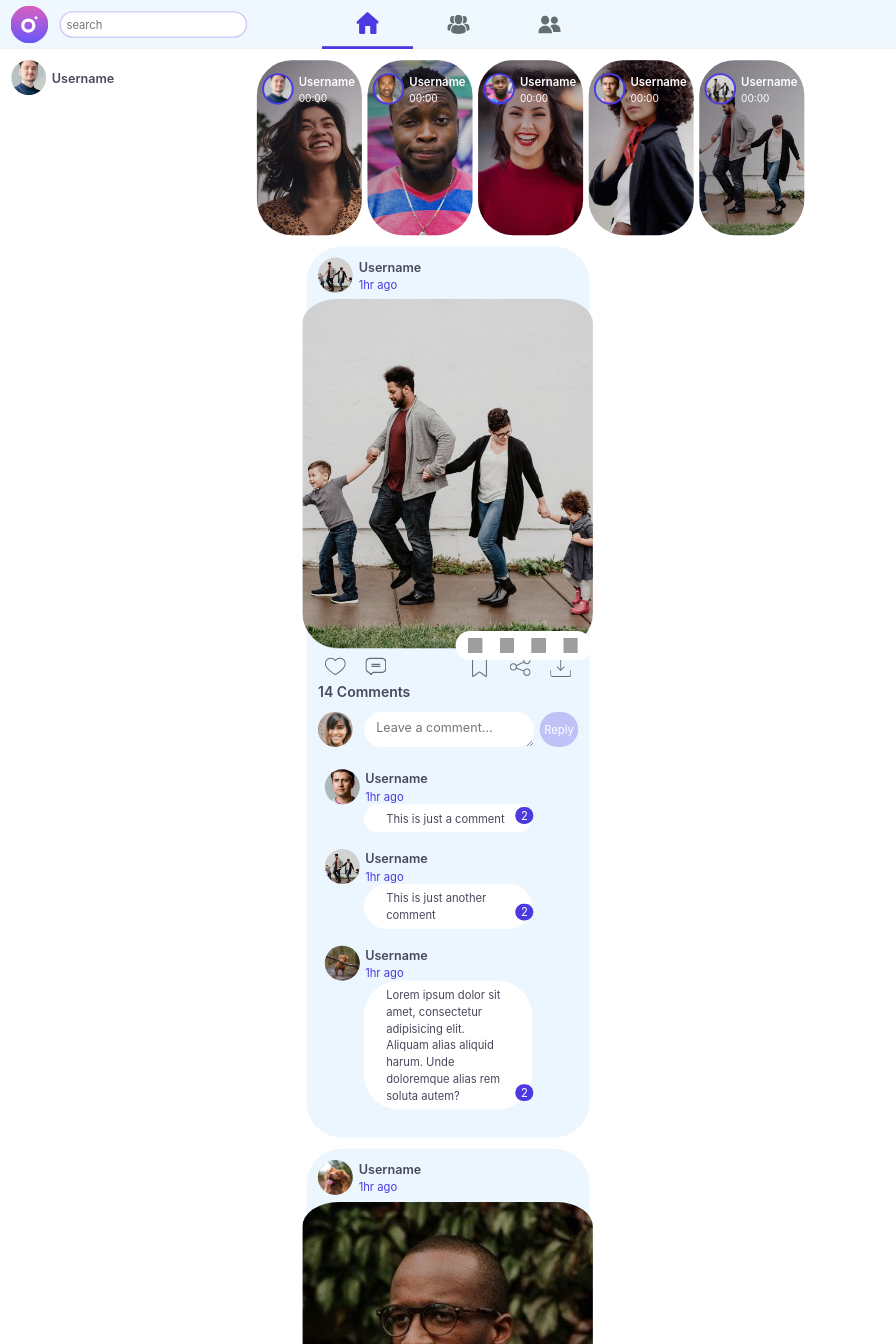
Repository: Flovet-stack/memic
Page: home.html
These files come from the project's save history. The page is drawn as it stood at one moment and after the next save; the edit follows.
The browser window is 1280 px wide. The pictures show the part of the page from y = 0 to 1920 px (the page is 3302 px tall), at 70% of full size.
Pictures or frames that could not be fetched are drawn as grey boxes. Some web fonts or font styles are not loaded; a fallback is used.

Above is the page before, as saved 2020-10-17 19:26:04.
Console error: TypeError: Cannot read properties of undefined (reading 'fn')

After the next save:
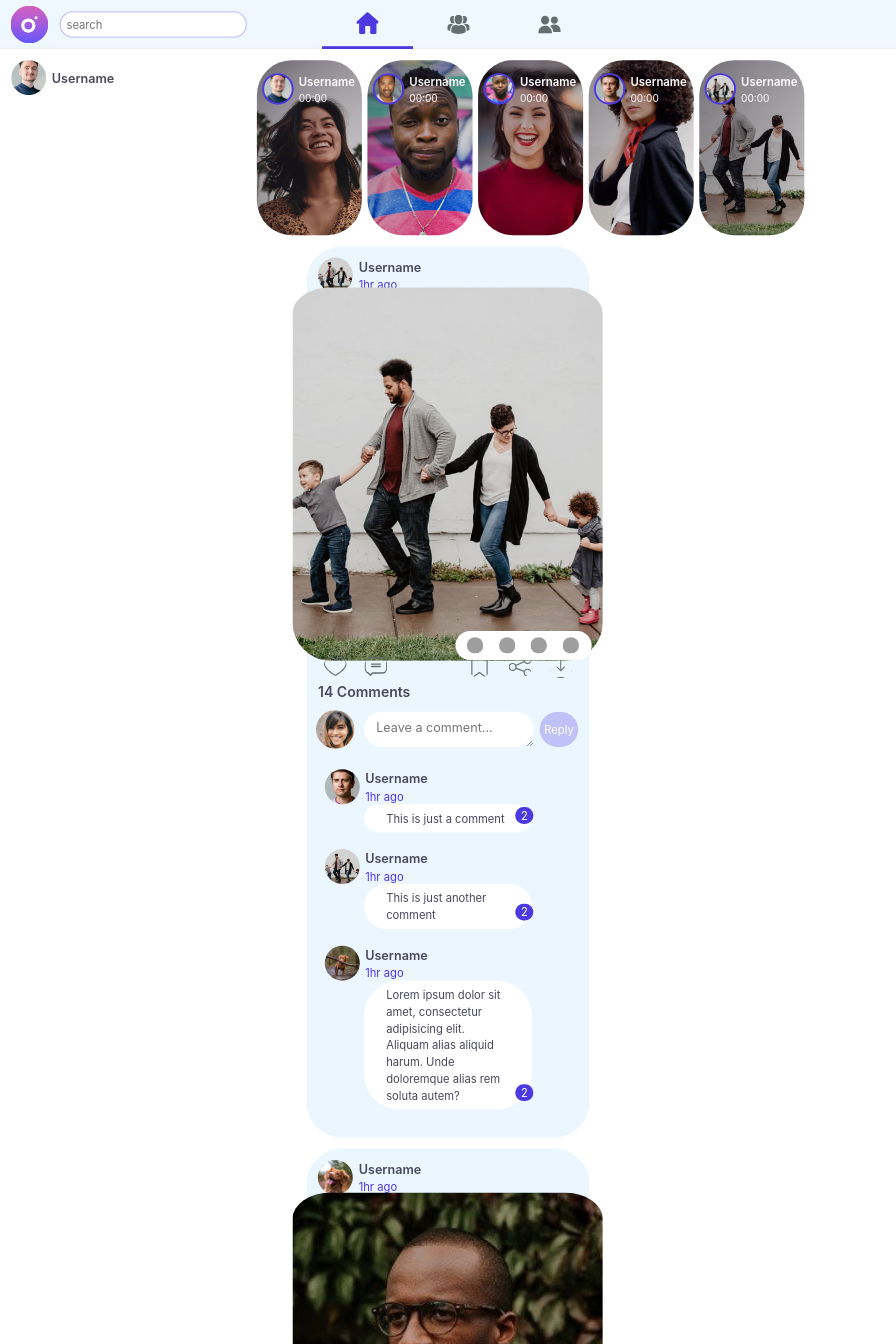
Saved 12 s later.
--- a/css/post-card.css
+++ b/css/post-card.css
@@ -12,10 +12,10 @@
 /* .post-card .user-card:hover {
     background-color: var(--secondary-overlay);
 } */
-.post-card .post-img {
+.post-card img {
     width: 100%;
     /* background-color: var(--transparent-overlay); */
-    transform: scale(1.03);
+    transform: scale(1.1);
     border-radius: var(--border-radius);
     padding-top: var(--padding-2);
 }
